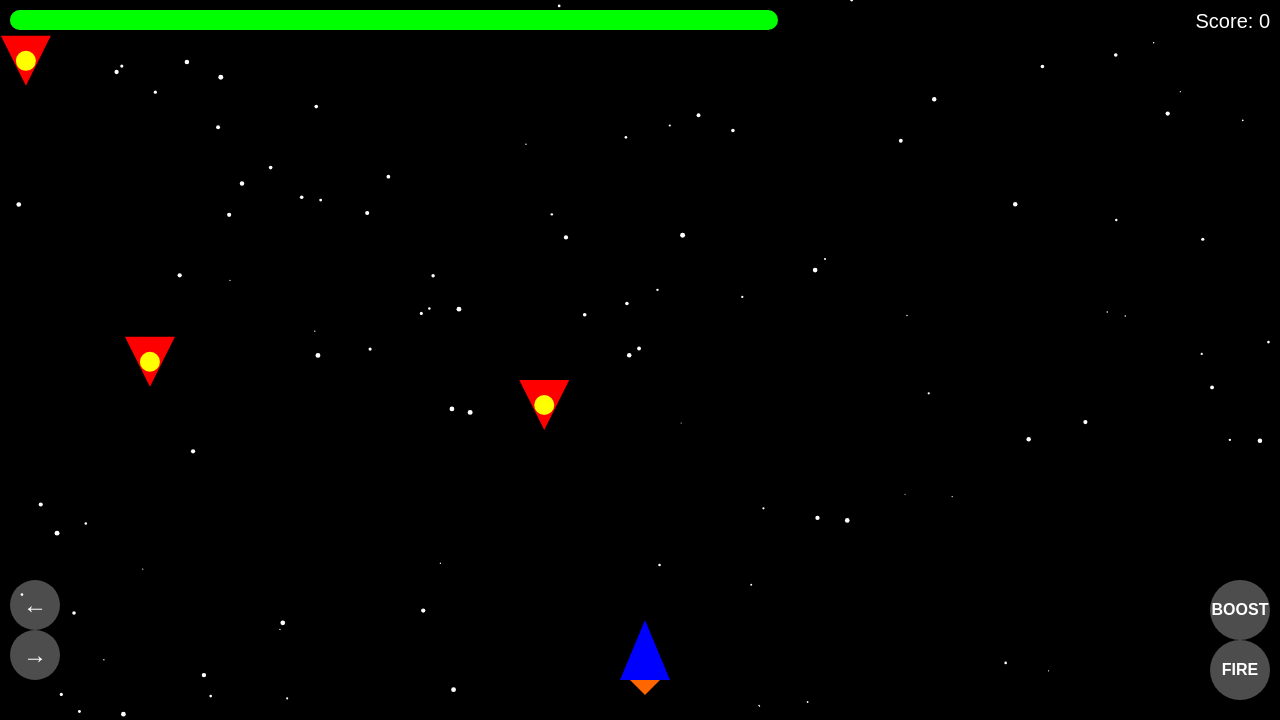
Repository: BiranOrundas/space-shooter
Page: space-shooter.html
An editor plug-in stored every save of this project. The page is shown before and after the next save, followed by the edit.
The browser window is 1280 px wide. The pictures show the whole page.

Above is the page before, as saved 2025-03-13 13:44:51.

After the next save:
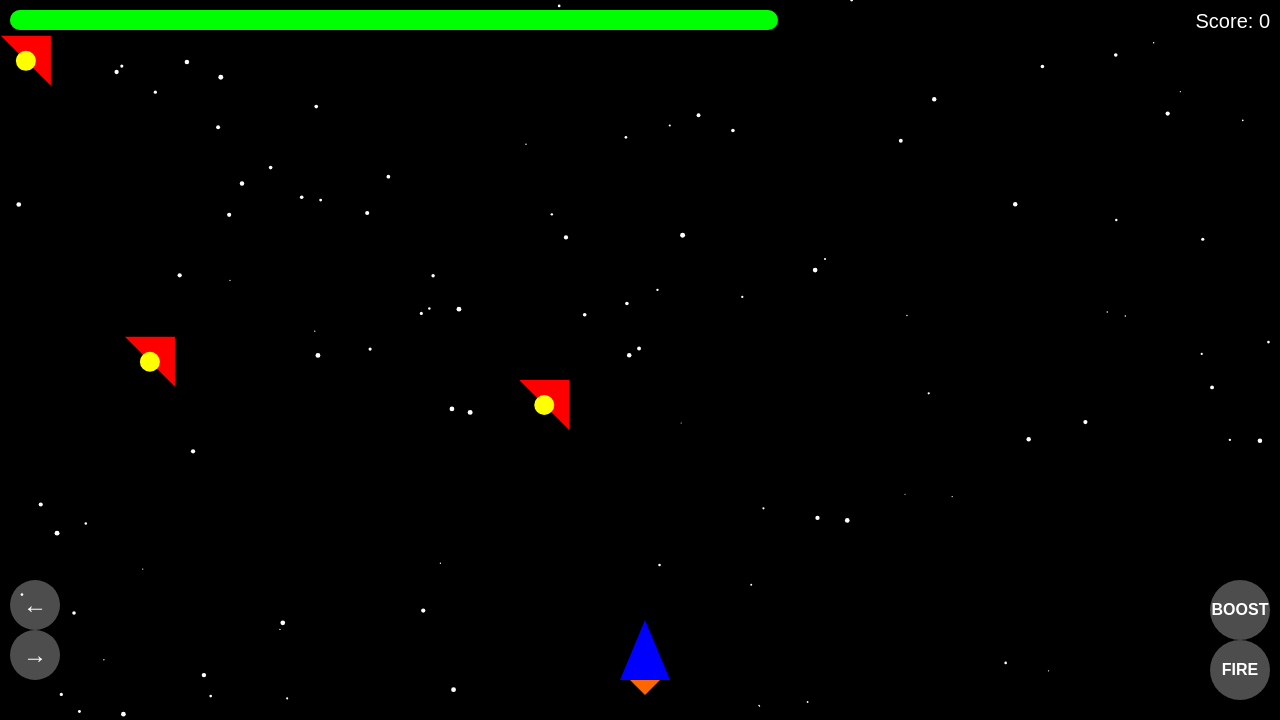
Saved 4 s later.
--- a/space-shooter.html
+++ b/space-shooter.html
@@ -288,7 +288,7 @@
         // Enemy ship body
         ctx.fillStyle = '#f00';
         ctx.beginPath();
-        ctx.moveTo(enemy.x + enemy.width / 2, enemy.y + enemy.height);
+        ctx.moveTo(enemy.x + enemy.width / 1, enemy.y + enemy.height);
         ctx.lineTo(enemy.x + enemy.width, enemy.y);
         ctx.lineTo(enemy.x, enemy.y);
         ctx.closePath();

After the save that followed:
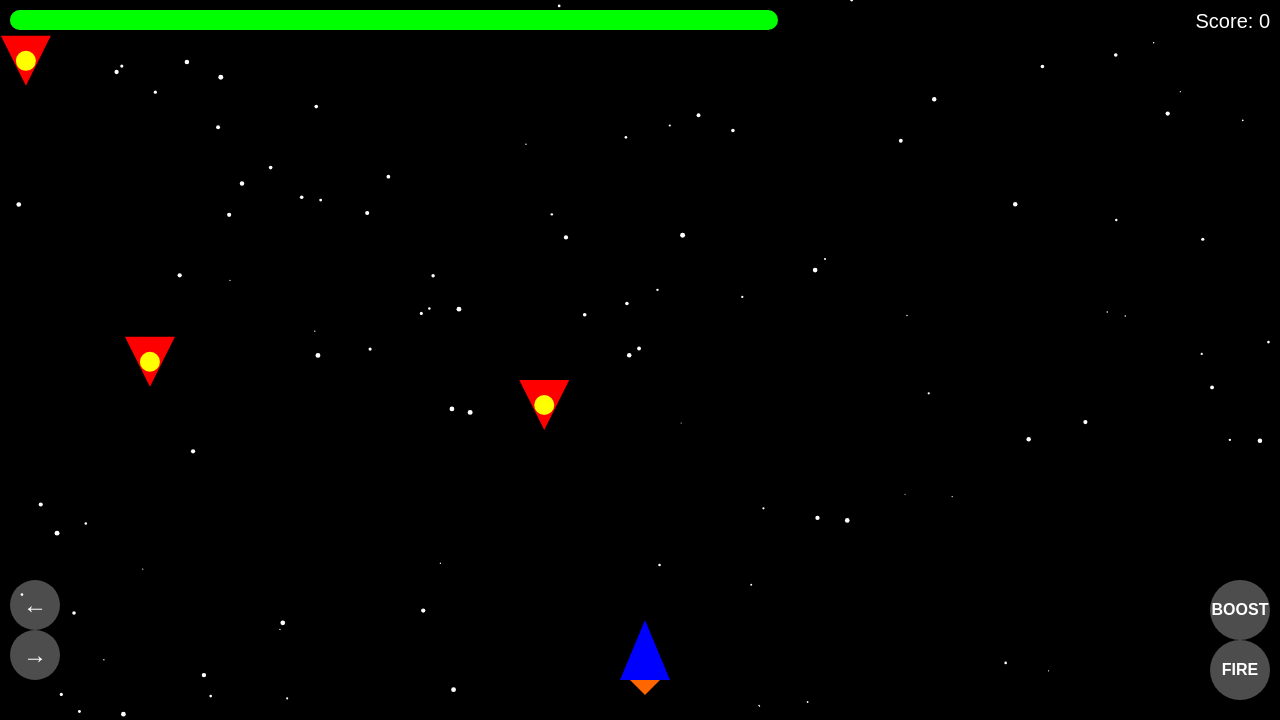
Saved 4 s later.
--- a/space-shooter.html
+++ b/space-shooter.html
@@ -288,7 +288,7 @@
         // Enemy ship body
         ctx.fillStyle = '#f00';
         ctx.beginPath();
-        ctx.moveTo(enemy.x + enemy.width / 1, enemy.y + enemy.height);
+        ctx.moveTo(enemy.x + enemy.width / 2, enemy.y + enemy.height);
         ctx.lineTo(enemy.x + enemy.width, enemy.y);
         ctx.lineTo(enemy.x, enemy.y);
         ctx.closePath();
